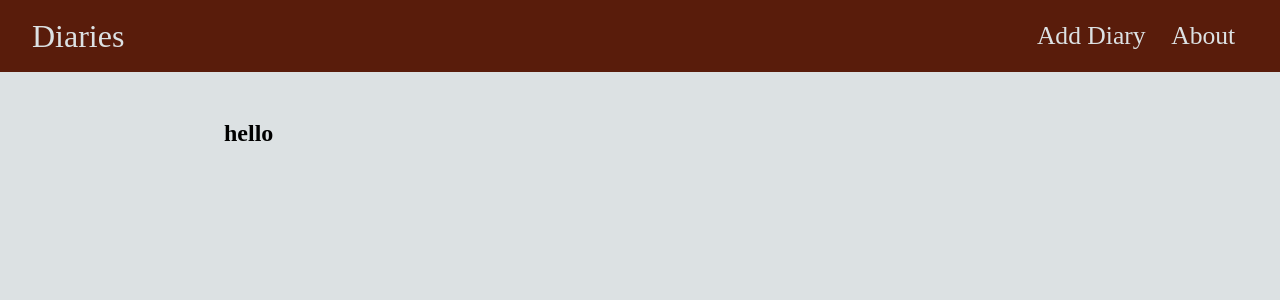
Repository: Tun-Dev/mydiary
Page: /
An editor plug-in stored every save of this project. The page is shown before and after the next save, followed by the edit.
The browser window is 1280 px wide. The pictures show the whole page.
The project was rebuilt for these pictures with package versions that can differ from the ones it lists, and the page was loaded fresh each time. Requests to the local data server were answered from the project's data file.

Above is the page before, as saved 2021-05-10 12:57:19.

### src/index.js
import React from 'react';
import ReactDOM from 'react-dom';
import {BrowserRouter} from 'react-router-dom'
import App from './App';


ReactDOM.render(

  <React.StrictMode>
  <BrowserRouter>
    <App />
    </BrowserRouter>
  </React.StrictMode>,
  document.getElementById('root')
);

// If you want to start measuring performance in your app, pass a function
// to log results (for example: reportWebVitals(console.log))
// or send to an analytics endpoint. Learn more: https://bit.ly/CRA-vitals

### src/App.js
import React, { useState, useEffect} from "react";
import GlobalStyle from './GlobalStyle'

// import components
import Nav from './Layout/Nav.js';
import DiaryHome from './Components/DiaryHome'

function App() {
  const [ name, setName ] = useState("");
  const [isPending, setIsPending] = useState(true)
  useEffect( () => {
    fetch("http://localhost:8000/drafts")
  .then((response) => response.json())
  .then((data) =>
  setName(data)
  )
  }, [] )
  return (
    <div className="App">
    <GlobalStyle />
    <Nav />
    <div className="container">

      <DiaryHome name={name}/>
    </div>
    </div>
  );
}

export default App;

### src/GlobalStyle.js
import {createGlobalStyle} from 'styled-components';

const GlobalStyle = createGlobalStyle`
  * {
      margin: 0;
      padding: 0;
      box-sizing: border-box;
  }
  body {

 background-color: #dce1e3;
}
 a {
    text-decoration: none;
}
.container {
    margin: 3rem 14rem;
}
`

export default GlobalStyle;

### src/Layout/Nav.js
import React from 'react';
import styled from 'styled-components';
import {Link} from 'react-router-dom'

const Nav = () => {
    return (
        <NavBar>
          <nav>
         <div className="header">
           Diaries
         </div>
         <ul className="navItens">
           <li><Link to="">Add Diary</Link></li>
           <li><Link to="">About</Link></li>
         </ul>
          </nav>
        </NavBar>
    )
}
const NavBar = styled.div`

  nav {
    display: flex;
    justify-content: space-between;
    align-items: center;
    background-color: #591c0b;
     height: 10vh;
     color: #dce1e3;
}
.header {
    margin: 0 2rem;
    font-size: 2rem;
}
ul {
    display: flex;
    margin: 0 2rem;
}
ul li {
    list-style: none;
    margin: 0 0.8rem;
}
ul li a {
    color: #dce1e3;
    font-size: 1.6rem;
}
`;

export default Nav;

### src/Components/DiaryHome.js
import React from 'react'

const DiaryHome = () => {
    return (
        <div>
           <h2>hello</h2>
        </div>
    )
}

export default DiaryHome

### Data/db.json
{
    "drafts": [
        {
            "title": "my experience at school today",
            "date": "2021-11-23",
            "body": "today i had a good day"
        },
        {
            "title": "my experience at church today",
            "date": "2021-01-13",
            "body": "today i had a good day with the lord today"
        }
    ]
}

Loaded but not shown: public/index.html (common file)

After the next save:
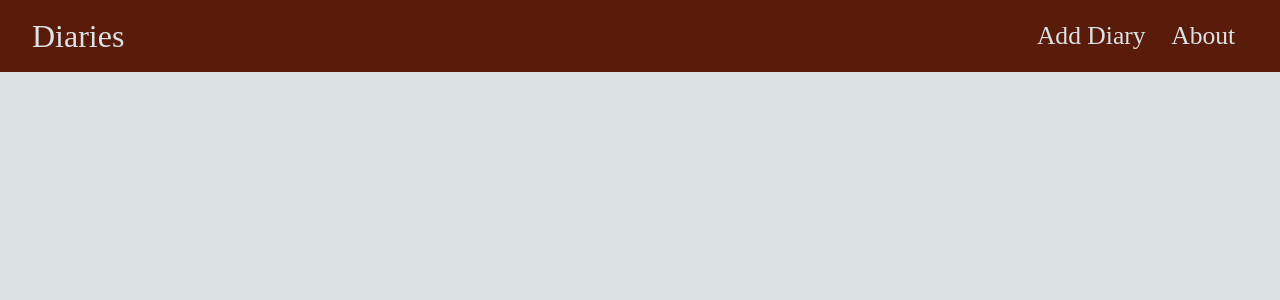
Saved 37 s later.
--- a/src/Components/DiaryHome.js
+++ b/src/Components/DiaryHome.js
@@ -1,9 +1,9 @@
 import React from 'react'
 
-const DiaryHome = () => {
+const DiaryHome = (name) => {
     return (
         <div>
-           <h2>hello</h2>
+           <h2>{name.title}</h2>
         </div>
     )
 }
